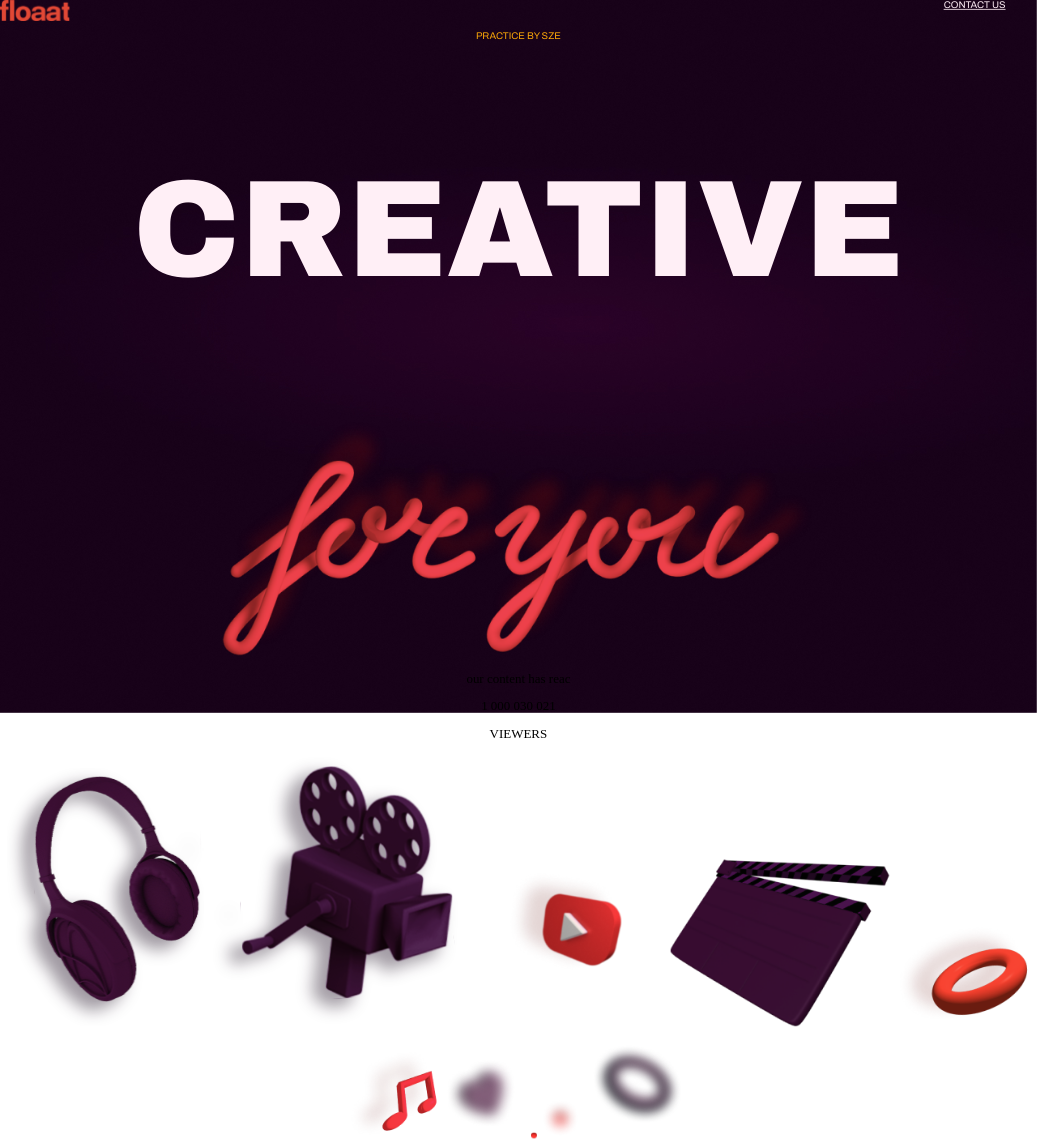
Repository: skydevil1604/next-page-no-adaptive
Page: app/index.html
An editor plug-in stored every save of this project. The page is shown before and after the next save, followed by the edit.
The browser window is 1280 px wide. The pictures show the whole page, at 81% of full size.
Some web libraries are served in a nearby version. The style sheet was rebuilt from its Sass, Less or Tailwind sources for each picture, by a compiler version that may differ from the author's.

Above is the page before, as saved 2020-01-03 02:52:42.

### app/index.html
<!DOCTYPE html>
<html lang="en">
<head>
    <meta charset="UTF-8">
    <meta name="viewport" content="width=device-width, initial-scale=1.0">
    <meta http-equiv="X-UA-Compatible" content="ie=edge">
    <link rel="stylesheet" href="css/main.css">
    <link href="https://fonts.googleapis.com/css?family=Archivo&display=swap" rel="stylesheet">
    <link href="https://fonts.googleapis.com/css?family=Archivo+Black&display=swap" rel="stylesheet">
    <title>Floaat</title>
</head>
<body>
    <div id="preloader">
        <div class="dws-progress-bar"></div>
    </div>
<div class="wrapper">
            <section class="panel main-first-screen main-page">
                <div class="inner">
                    <header class="header">
                        <a href="#" class="header__logo">
                            <img src="../img/logo.svg" alt="floaat-logo">
                        </a>
                        <nav class="navigation">
                            <a href="#" class="navigation__link">CONTACT US</a>
                            <div class="navigation__button">
                                <span></span>
                                <span></span>
                                <span></span>
                                <span></span>
                            </div>
                        </nav>
                    </header>
                    <div class="main-content">
                        <p class="main-content__paragraph">practice by SZE</p>
                        <h1 class="main-content__header">CREATIVE</h1>
                        <img src="img/for-you.png" alt="">
                    </div>
                    <div class="viewers">
                        <p class="viewers__main-paragraph">our content has reac</p>
                        <div class="viewers__count">1 000 030 021</div>
                        <p class="viewers__footer-paragraph">VIEWERS</p>
                    </div>
                    <img src="img/headphones.svg" alt="">
                    <img src="img/cinema.svg" alt="">
                    <img src="img/youtube3.png" alt="">
                    <img src="img/CLAQUETA_basica.png" alt="">
                    <img src="img/torus.png" alt="">
                    <img src="img/note2.png" alt="">
                    <img src="img/heart22.png" alt="">
                    <img src="img/dot.svg" alt="">
                    <img src="img/dot2.png" alt="">
                    <img src="img/torus3.png" alt="">

                </div>
            </section>

            <section class="panel main-second-screen clients"></section>
            <section class="panel main-third-screen our-works"></section>
            <section class="panel main-fourth-screen our-team"></section>
</div>





<script src="https://cdnjs.cloudflare.com/ajax/libs/jquery/3.4.1/jquery.min.js"></script>
<script src="https://cdnjs.cloudflare.com/ajax/libs/gsap/1.11.7/TweenMax.min.js"></script>
<script src="//cdnjs.cloudflare.com/ajax/libs/ScrollMagic/2.0.7/ScrollMagic.min.js"></script>
<script src="//cdnjs.cloudflare.com/ajax/libs/ScrollMagic/2.0.7/plugins/debug.addIndicators.min.js"></script>
</body>
</html>

### app/sass/main.scss
.dws-progress-bar {
    position: absolute;
    top: 50%;
    left: 50%;
    transform: translate(-50%, -50%);
    z-index: 100;
   }
   .progress-percentage {
    position: absolute;
    top: 50%;
    left: 50%;
    transform: translate(-50%, -50%);
    font-size: 40px;
    font-family: "Verdana", sans-serif;
    font-weight: bold;
    color: #25ffe4;
   }
   #preloader {
    position: fixed;
    left: 0;
    top: 0;
    right: 0;
    bottom: 0;
    z-index: 100;
    background-image: url(../img/preloader.jpg);
    background-repeat: no-repeat;
    background-size: cover;
    display: none;
   }



   html * {
    text-rendering: optimizeLegibility;
    -webkit-font-smoothing: antialiased;
    -moz-osx-font-smoothing: grayscale;
    box-sizing: border-box;
   }
   html,
   body {
    margin: auto 0;
    padding: 0;
    text-align: center;
    cursor: url(../images/cursor-dot.svg);
    box-sizing: border-box;
   }
   .main-preloader {
    position: fixed;
    width: 100%;
    height: 100%;
    left: 0;
    top: 0;
    z-index: 999999999;
    background-color: #000;
    text-align: center;
   }
   .main-preloader .main-preloader-inner {
    position: absolute;
    top: 50%;
    width: 100%;
   }
   .main-preloader .preloader-percentage {
    color: #ffffff;
    margin: 0;
   }
   .main-preloader .preloader-percentage span {
    display: inline-block;
    font-size: 50px;
   }

.wrapper {
    width: 100%;
}

.panel {
    width: 100%;
    &.main-page {
        background-image: url(../images/main-bg.jpg);
        height: 880px;
    }
    & .inner {
        max-width: 1330px;
        margin: 0 auto;
    }
}

.header {
    display: flex;
    justify-content: space-between;
    &__logo {
        width: 86px;
        height: 26px;
    }
}

.navigation {
    display: flex;
    width: 115px;
    justify-content: space-between;
        &__link {
            font-family: 'Archivo', sans-serif;
            font-style: normal;
            font-weight: bold;
            font-size: 12px;
            line-height: 13px;
            text-transform: uppercase;
            color: #FFEFF6;
        }
        &__button span {
            background-image: url(../img/dot.svg);
        }
}

.main-content {
    &__header {
        font-family: 'Archivo Black', sans-serif;
        font-style: normal;
        font-weight: normal;
        font-size: 170px;
        line-height: 185px;
        text-align: center;
        text-transform: uppercase;
        color: #FFEFF6;
    }
    &__paragraph {
        font-family: 'Archivo', sans-serif;
        font-style: normal;
        font-weight: bold;
        font-size: 12px;
        line-height: 13px;
        text-transform: uppercase;
        color: #F9A608;
        text-align: center;
    }
}

After the next save:
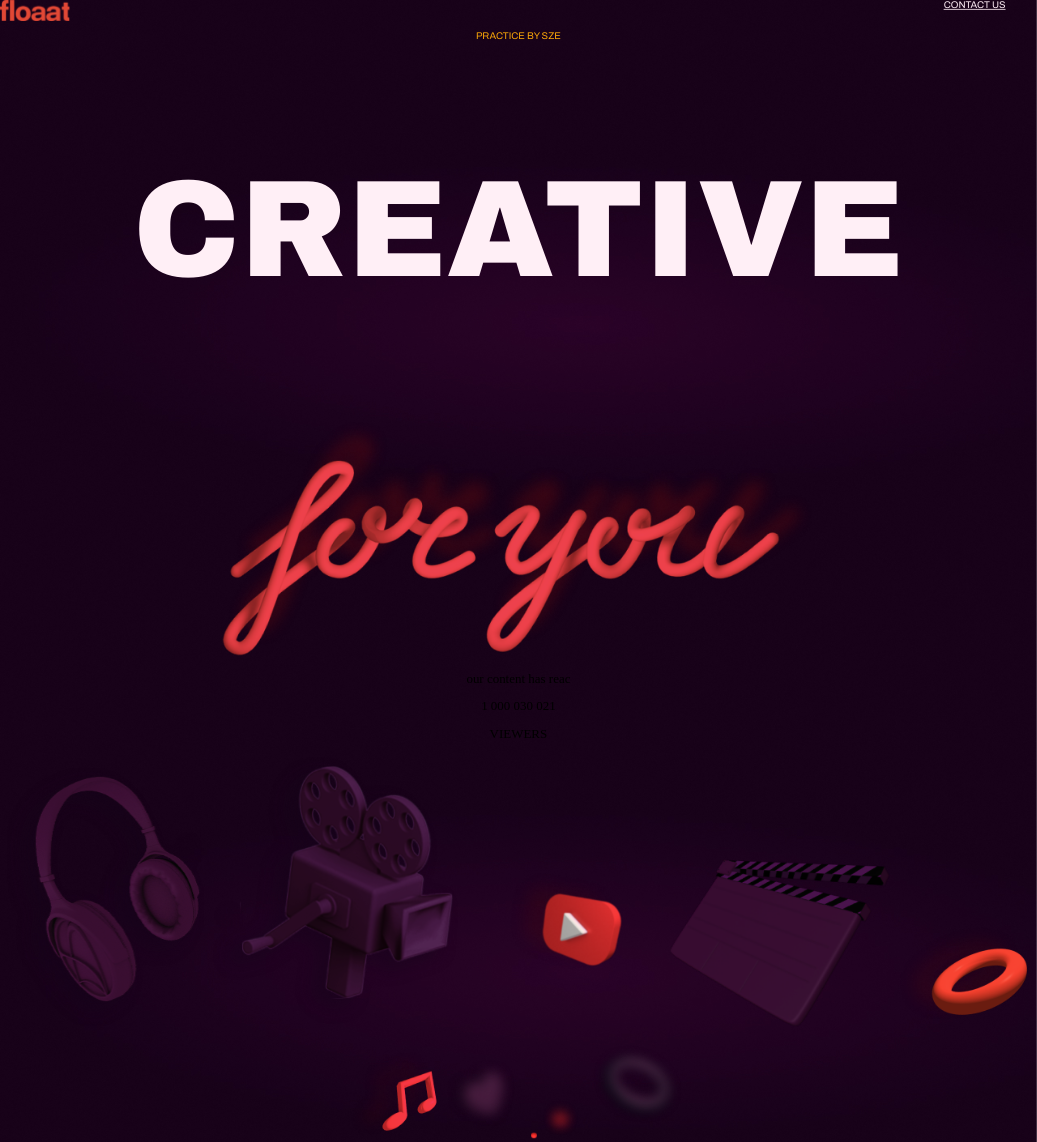
Saved 4 min 7 s later.
--- a/app/sass/main.scss
+++ b/app/sass/main.scss
@@ -76,7 +76,7 @@
     width: 100%;
     &.main-page {
         background-image: url(../images/main-bg.jpg);
-        height: 880px;
+        height: 100%;
     }
     & .inner {
         max-width: 1330px;
